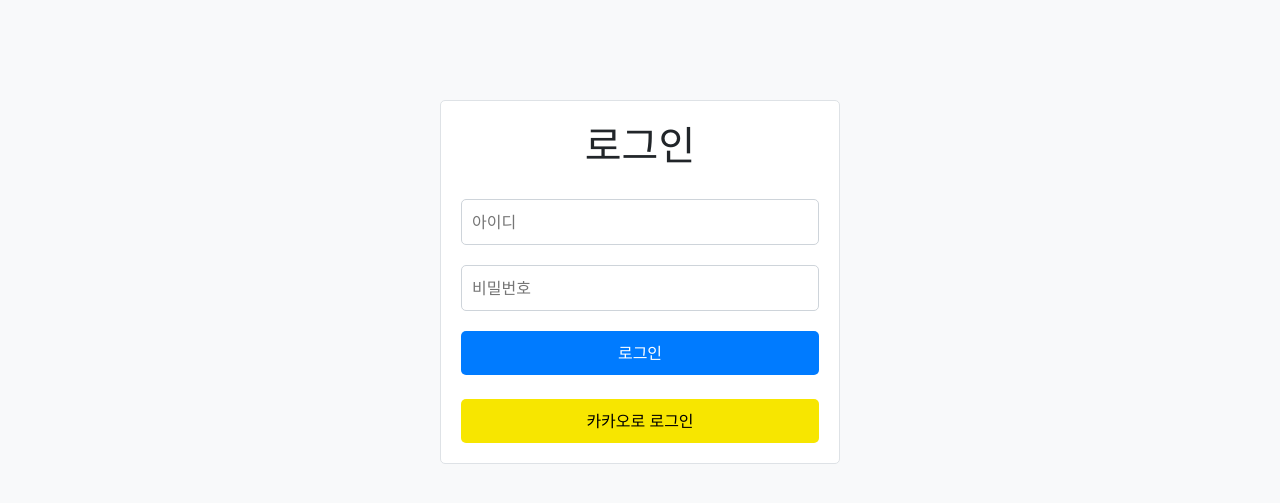
Repository: scy0814/Spring
Page: http://localhost/CYBank/jsp/login/Login.jsp
An editor plug-in stored every save of this project. The page is shown before and after the next save, followed by the edit.
The browser window is 1280 px wide. The pictures show the whole page.
The page is served by Tomcat 9.

Above is the page before, as saved 2023-07-02 02:38:39.

After the next save:
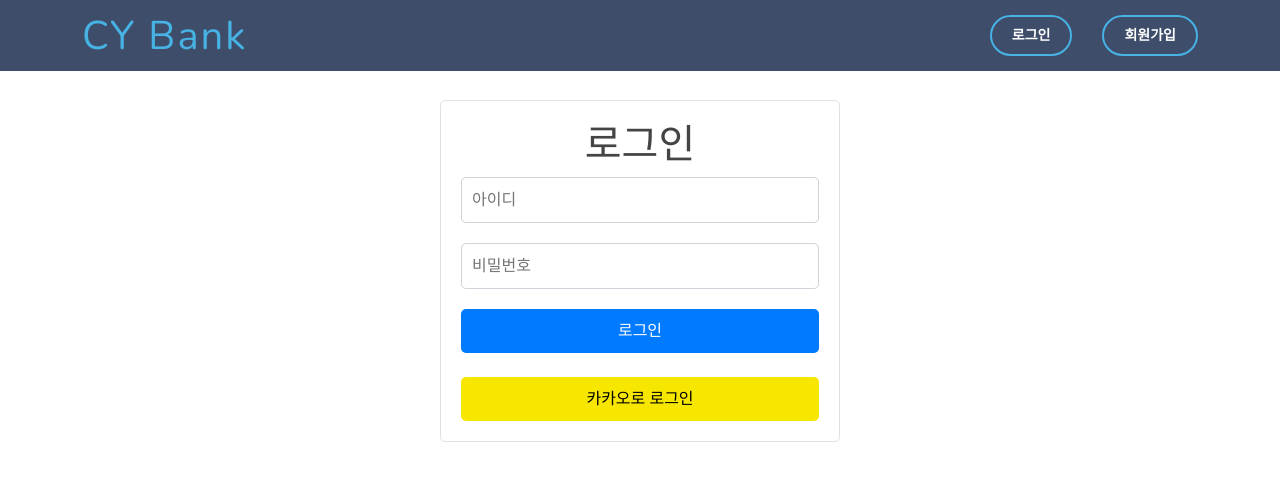
Saved 23 s later.
--- a/CYBank/src/main/webapp/jsp/login/Login.jsp
+++ b/CYBank/src/main/webapp/jsp/login/Login.jsp
@@ -71,6 +71,9 @@
         }
     </style>
 </head>
+<header>
+    <jsp:include page="/jsp/include/header.jsp" />
+</header>
 <body>
     <div class="container">
         <div class="login-wrapper">
